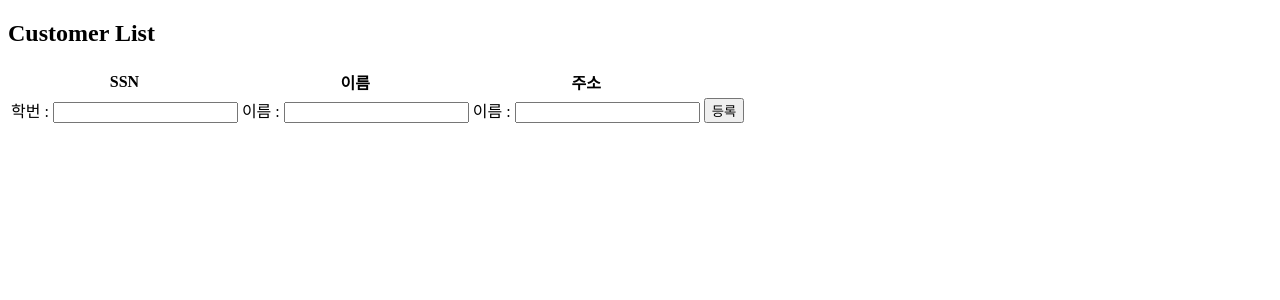
Repository: hyungryuk-zz/JAVA_CLASS
Page: http://localhost/JavaEEPrj/broker?cmd=allCustomer
The author's editor kept a copy of each file at every save. The page is drawn from the files as they stood at one save, then again after the next save.
The browser window is 1280 px wide. The pictures show the whole page.
The page is served by Tomcat 9. Queries for data that is not in the repository find no rows.

Above is the page before, as saved 2017-07-24 06:38:28.

After the next save:
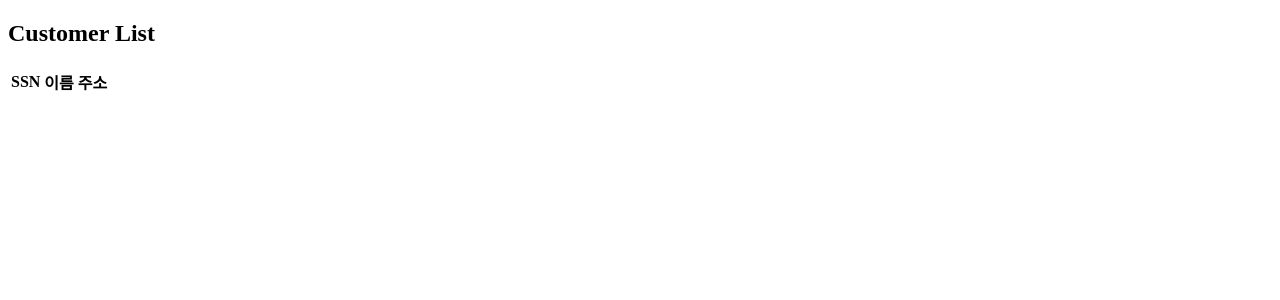
Saved 98 s later.
--- a/JavaEEPrj/WebContent/broker/customerList.jsp
+++ b/JavaEEPrj/WebContent/broker/customerList.jsp
@@ -9,27 +9,24 @@
 </head>
 <body>
 <h2>Customer List</h2>
-<form method="POST" action="broker?cmd=resCustommer">
    <table>
    <tr>
       <th>SSN</th>
       <th>이름</th>
       <th>주소</th>
    </tr>
+   <c:forEach var="customerList" items="${customerList}">
       <tr>
-   <c:forEach var="customerList" items="${customerList}">
          <td><a href="broker?cmd=oneCustomer&ssn=${customerList.SSN }">${customerList.SSN }</a></td>
          <td>${customerList.name }</td>
          <td>${customerList.addr }</td>
-         <td><input type="button" value="삭제" onClick="location.href='broker?cmd=delCustomer&ssn=${customerList.SSN }'">
-		</td>
+         <td><input type="button" name="삭제" value="broker?cmd=delCustomer&ssn=${customerList.SSN }"></td>
+      </tr>
    </c:forEach>
-   <td>학번 : <input type="number" name="ssn"></td>
-	<td>이름 : <input type="text" name = "name"></td>
-	<td>이름 : <input type="text" name = "addr"></td>
-	<td><input type="submit" value="등록"></td>
-   </tr>
+   <tr>
+   	<td></td>
+   	<td></td>
+   	<td></td>
    </table>
-   </form>
 </body>
 </html>
